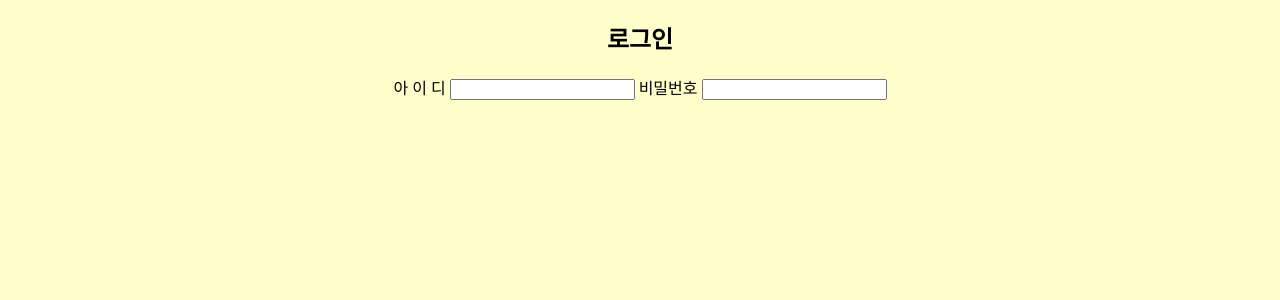
Repository: Chaelin02/2-_JSP
Page: http://localhost/BasicJSP/jdbc07/login_2312.jsp
These files come from the project's save history. The page is drawn as it stood at one moment and after the next save; the edit follows.
The browser window is 1280 px wide. The pictures show the whole page.
The page is served by Tomcat 9. Other server files are loaded and not shown.

Above is the page before, as saved 2019-06-24 01:49:22.

### BasicJSP/WebContent/jdbc07/login_2312.jsp
<%@ page language="java" contentType="text/html; charset=UTF-8"
    pageEncoding="UTF-8"%>
<!DOCTYPE html>
<html>
<head>
<meta charset="UTF-8">
<title>Insert title here</title>
</head>
<body bgcolor="#ffffcc">
<center>
<h2>로그인</h2>
아 이 디 <input type=text name = "id">
비밀번호 <input type = text name="pwd">
</center>
</body>
</html>

After the next save:
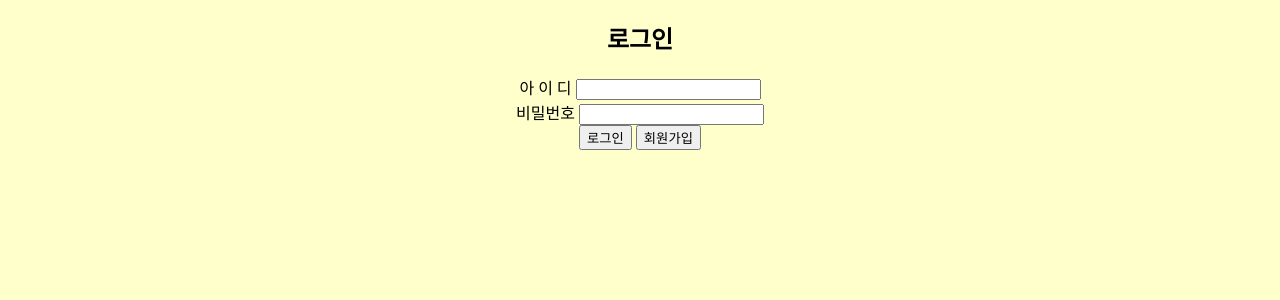
Saved 103 s later.
--- a/BasicJSP/WebContent/jdbc07/login_2312.jsp
+++ b/BasicJSP/WebContent/jdbc07/login_2312.jsp
@@ -9,8 +9,10 @@
 <body bgcolor="#ffffcc">
 <center>
 <h2>로그인</h2>
-아 이 디 <input type=text name = "id">
-비밀번호 <input type = text name="pwd">
+아 이 디 <input type=text name = "id"> <br>
+비밀번호 <input type = text name="pwd"> <br>
+<input type = button value = "로그인">
+<input type="button" value="회원가입" onClick="javascript:location.href='member_2312.jsp'">
 </center>
 </body>
 </html>
